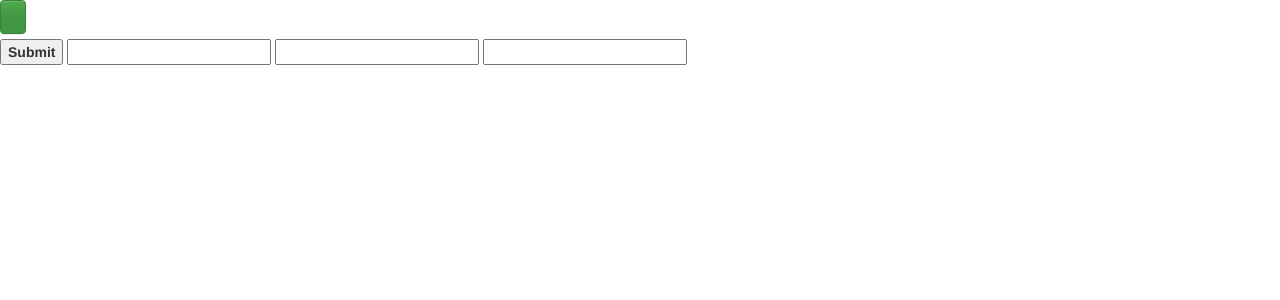
Repository: ManojAndroid/WellcomeToAndroidApp
Page: AddressBook_App/Bootstrap_Project/WebContent/index.html
These files come from the project's save history. The page is drawn as it stood at one moment and after the next save; the edit follows.
The browser window is 1280 px wide. The pictures show the whole page.

Above is the page before, as saved 2017-04-18 11:26:05.
Console error (its wording comes from the project's code and is left out).

After the next save:
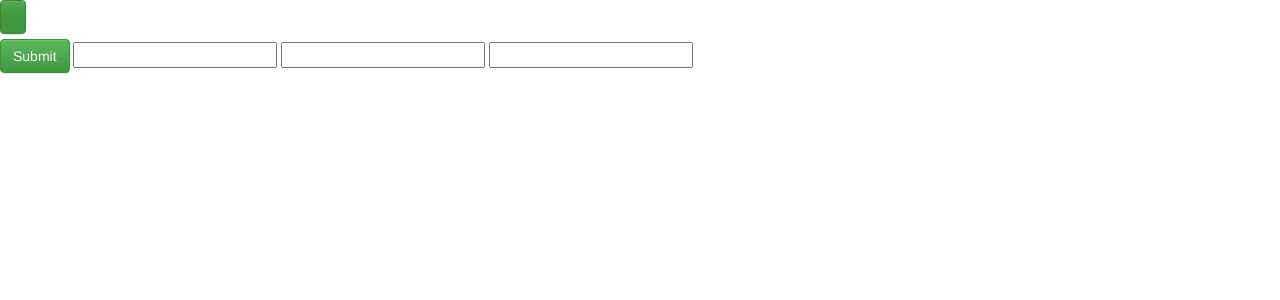
Saved 34 s later.
--- a/AddressBook_App/Bootstrap_Project/WebContent/index.html
+++ b/AddressBook_App/Bootstrap_Project/WebContent/index.html
@@ -21,7 +21,7 @@
 <form action="">
 <label><input type="button" class="btn btn-success"></label>
 <br/>
-<label><input type="submit"></label>
+<label><input type="submit" class="btn btn-success"></label>
 <label><input type="AddPerson"></label>
 <label><input type="AddPerson"></label>
 <label><input type="AddPerson"></label>
